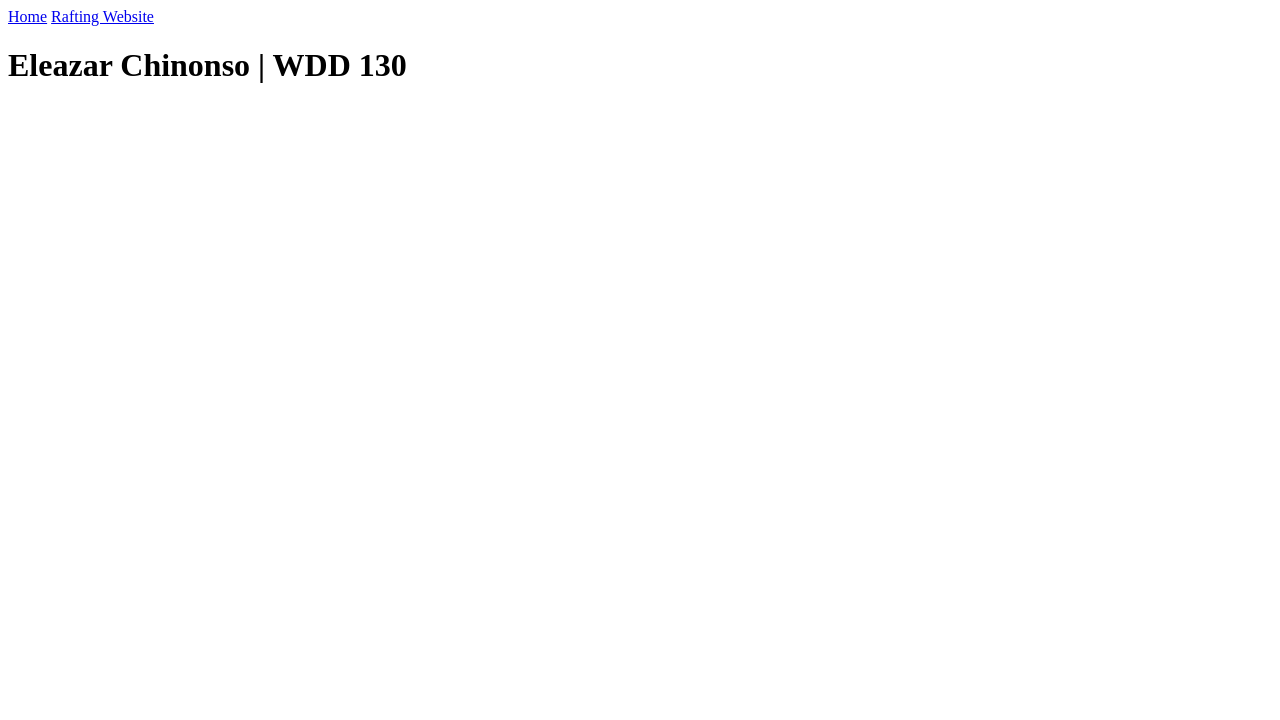
Repository: Ghost-Stories101/wdd130
Page: index.html
The author's editor kept a copy of each file at every save. The page is drawn from the files as they stood at one save, then again after the next save.
The browser window is 1280 px wide. The pictures show the whole page.

Above is the page before, as saved 2026-02-25 14:21:13.

After the next save:
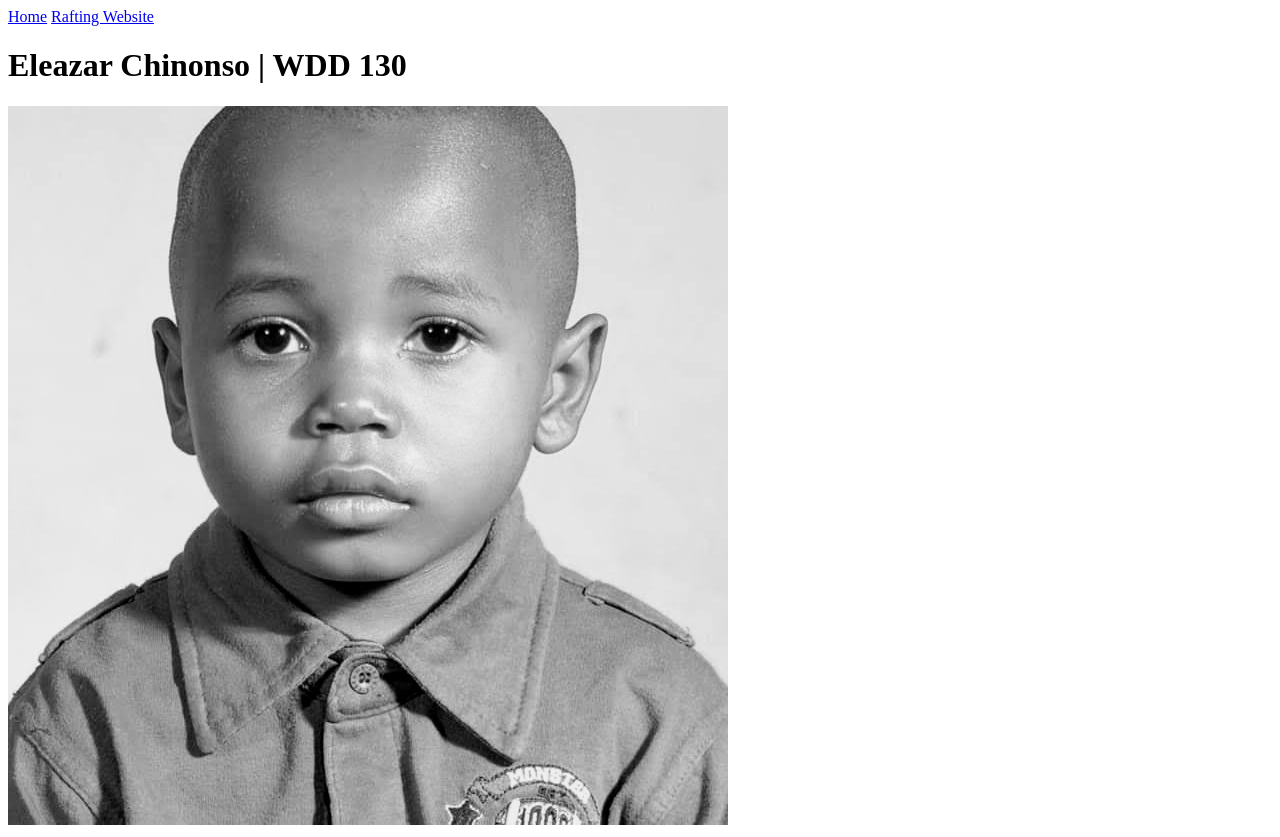
Saved 91 s later.
--- a/index.html
+++ b/index.html
@@ -15,9 +15,9 @@
         </nav>
     </header>
     <main>
-        <h1>
-            Eleazar Chinonso | WDD 130
-        </h1>
+        <h1>Eleazar Chinonso | WDD 130</h1>
+        <img src="images/profile.jpg" alt="Eleazar Chinonso Picture">
+
     </main>
     <footer></footer>
 </body>
